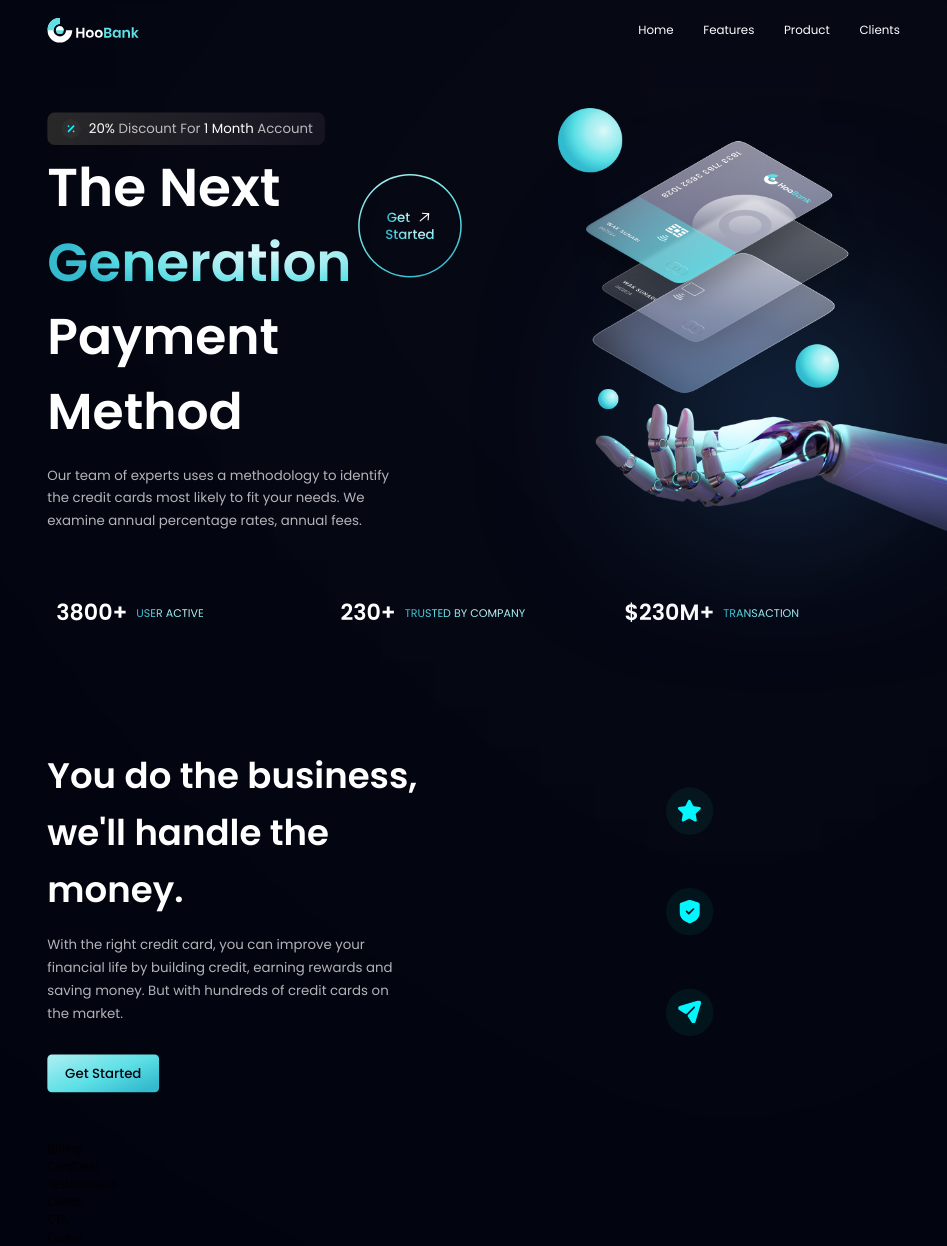
Repository: Carlito-Pedida/modern-app
Page: /
An editor plug-in stored every save of this project. The page is shown before and after the next save, followed by the edit.
The browser window is 1280 px wide. The pictures show the whole page, at 74% of full size.
The project was rebuilt for these pictures with package versions that can differ from the ones it lists, and the page was loaded fresh each time. Also part of the build but not shown: vite.config.js.

Above is the page before, as saved 2024-11-16 10:11:58.

### src/App.jsx
import styles from "./style";
import {
  Navbar,
  Billing,
  CardDeal,
  Business,
  Clients,
  CTA,
  Stats,
  Footer,
  Testimonials,
  Hero,
} from "./components";

const App = () =>  {
  return (
    <div className="bg-primary w-full overflow-hidden">
      <div className={`${styles.paddingX} ${styles.flexCenter}`}>
        <div className={`${styles.boxWidth}`}>
          <Navbar/>
        </div>
      </div>

      <div className={`bg-primary ${styles.flexStart}`}>
        <div className={`${styles.boxWidth}`}>
          <Hero/>
        </div>
      </div>

      <div className={`bg-primary ${styles.paddingX} ${styles.flexStart}`}>
        <div className={`${styles.boxWidth}`}>
          <Stats/>
          <Business/>
          <Billing/>
          <CardDeal/>
          <Testimonials/>
          <Clients/>
          <CTA/>
          <Footer/>
        </div>
      </div>

    </div>
  )
}

export default App

### src/style.js
const styles = {
  boxWidth: "xl:max-w-[1280px] w-full",

  heading2: "font-poppins font-semibold xs:text-[48px] text-[40px] text-white xs:leading-[76.8px] leading-[66.8px] w-full",
  paragraph: "font-poppins font-normal text-dimWhite text-[18px] leading-[30.8px]",

  flexCenter: "flex justify-center items-center",
  flexStart: "flex justify-center items-start",

  paddingX: "sm:px-16 px-6",
  paddingY: "sm:py-16 py-6",
  padding: "sm:px-16 px-6 sm:py-12 py-4",

  marginX: "sm:mx-16 mx-6",
  marginY: "sm:my-16 my-6",
};

export const layout = {
  section: `flex md:flex-row flex-col ${styles.paddingY}`,
  sectionReverse: `flex md:flex-row flex-col-reverse ${styles.paddingY}`,

  sectionImgReverse: `flex-1 flex ${styles.flexCenter} md:mr-10 mr-0 md:mt-0 mt-10 relative`,
  sectionImg: `flex-1 flex ${styles.flexCenter} md:ml-10 ml-0 md:mt-0 mt-10 relative`,

  sectionInfo: `flex-1 ${styles.flexStart} flex-col`,
};

export default styles;

### src/components/index.js
import Navbar from "./Navbar";
import Billing from "./Billing";
import CardDeal from "./CardDeal";
import Business from "./Business";
import Clients from "./Clients";
import CTA from "./CTA";
import Stats from "./Stats";
import Footer from "./Footer";
import Testimonials from "./Testimonials";
import Hero from "./Hero";
import GetStarted from "./GetStarted";
export {
  Navbar,
  Billing,
  CardDeal,
  Business,
  Clients,
  CTA,
  Stats,
  Footer,
  Testimonials,
  Hero,
  GetStarted
};

### src/components/Navbar.jsx
import React from 'react';
import {useState} from "react";
import { close, logo, menu } from "../assets";
import {navLinks} from "../constants"

const Navbar = () => {
const [toggle, setToggle] = useState(false)

  return (
    <nav className="w-full flex py-6 justify-between items-center navbar">
      <img src={logo} alt='hoobank' className='w-[124px] h-[32px ]' />

      <ul className='list-none sm:flex hidden justify-end items-center flex-1'>
        { navLinks.map((nav, index) => (
          <li key={nav.id} className={`font-poppins font-normal cursor-pointer text-[16px] ${index === navLinks.length - 1 ? 'mr-0' : "mr-10"} text-white`}>
              <a href={`#${nav.id}`}>
                {nav.title}
              </a>
          </li>
        ))
        }
      </ul>

      <div className='sm:hidden flex flex-1 justify-end items-center'>
        <img src={toggle ? close : menu} alt='menu' className='w-[28px] h-[28px] object-contain' onClick={() => setToggle((prev) => !prev)} />

        <div className={`${toggle ? 'flex' : 'hidden'} p-6 bg-black-gradient absolute top-20 right-0 mx-4 my-2 min-w-[140px] rounded-xl sidebar`}>
        <ul className='list-none sm:flex flex-col justify-end items-center flex-1'>
        { navLinks.map((nav, index) => (
          <li key={nav.id} className={`font-poppins font-normal cursor-pointer text-[16px] ${index === navLinks.length - 1 ? 'mr-0' : "mb-4"} text-white`}>
              <a href={`#${nav.id}`}>
                {nav.title}
              </a>
          </li>
        ))
        }
      </ul>
        </div>
      </div>
    </nav>
  )
}

export default Navbar

### src/components/Business.jsx

import { features } from "../constants";
import styles, {layout} from "../style";
import Button from "./Button"
import FeatureCard from "./FeatureCard";


const Business = () => {
  return (
    <section id="features" className={layout.section}>
        <div className={layout.sectionInfo}>
        <h2 className={styles.heading2}>You do the business, <br className="sm:block hidden"/> we'll handle the money.</h2>
        <p className={`${styles.paragraph} max-w-[470px] mt-5`}>With the right credit card, you can improve your financial life by building credit, earning rewards and saving money. But with hundreds of credit cards on the market.</p>
        <Button styles='mt-10' label='Get Started'/>
        </div>

        <div className={`${layout.sectionImg} flex-col`}>
       {features.map((feature, index) => (
        <FeatureCard key={index} icon={feature.icon}/>
       ))}
        </div>
    </section>
  )
}

export default Business

### src/components/Stats.jsx
import { stats } from "../constants";
import styles from "../style";


const Stats = () => (
    <div className={`${styles.flexCenter} flex-row flex-wrap sm:mb-20 mb-6`}>
      {stats.map((stat) => (
        <div key={stat.id} className={`flex-1 flex justify-start items-center flex-row m-3`}>
          <h4 className="font-poppins font-semibold xs:text[40px] text-[30px] xs:leading-[53px] leading-[43px] text-white">{stat.value}</h4>
          <p className="font-poppins font-normal xs:text[20px] text-[15px] xs:leading-[26px] leading-[21px] text-gradient uppercase ml-3">{stat.title}</p>
          </div>
      ))}
    </div>
  )

export default Stats

### src/components/Hero.jsx
import styles from '../style'
import {discount, robot} from '../assets'
import GetStarted from './GetStarted'

const Hero = () => (
    <section id='home' className={`flex md:flex-row flex-col ${styles.paddingY}`}>
        <div className={`flex-1 ${styles.flexStart} flex-col xl:px-0 sm:px-16 px-6`}>
      <div className='flex flex-row items-center py-[6px] px-4 bg-discount-gradient rounded-[10px] mb-2'>
        <img src={discount} alt='discount'
        className='w-[32px] h-[32px]' />
          <p className={`${styles.paragraph} ml-2`}>
          <span className='text-white'>20%</span> Discount For {" "}
          <span className='text-white'>1 Month</span> Account
        </p>
      </div>

      <div className='flex flex-row justify-between items-center w-full'>
        <h1 className='flex-1 font-poppins font-semibold ss:text-[72px] text-[52px] text-white ss:leading-[100.8px] leading-[75px]'>
          The Next <br className='"sm:block hidden'/>
          <span className='text-gradient'>Generation</span>
        </h1>

        <div className='ss:flex hidden md:mr-4 mr-0'>
          <GetStarted />
        </div>
      </div>

      <h1 className='font-poppins font-semibold ss:text-[68px] text-[52px] text-white ss:leading-[100.8px] leading-[75px] w-full'>Payment Method</h1>

      <p className={`${styles.paragraph} max-w-[470px] mt-5`}>Our team of experts uses a methodology to identify the credit cards most likely to fit your needs.
      We examine annual percentage rates, annual fees.</p>
        </div>

        <div className={`flex-1 flex ${styles.flexCenter} md:my-0 my-10 relative`}>
          <img src={robot} alt='billing' className='w-[100%] h-[100%] relative z-[5]'/>

           {/* gradient start */}
        <div className="absolute z-[0] w-[40%] h-[35%] top-0 pink__gradient" />
        <div className="absolute z-[1] w-[80%] h-[80%] rounded-full white__gradient bottom-40" />
        <div className="absolute z-[0] w-[50%] h-[50%] right-20 bottom-20 blue__gradient" />
        {/* gradient end */}
        </div>

        <div className={`ss:hidden ${styles.flexCenter}`}>
        <GetStarted />
      </div>
    </section>
  )


export default Hero

### src/components/GetStarted.jsx
import styles from "../style"
import { arrowUp } from "../assets"

const GetStarted = () => (
    <div className={`${styles.flexCenter} w-[140px] h-[140px] rounded-full bg-blue-gradient p-[2px] cursor-pointer`}>
      <div className={`${styles.flexCenter} flex-col bg-primary w-[100%] h-[100%] rounded-full`} >
        <div className={`${styles.flexStart} flex-row`}>
          <p className="font-poppins font-medium text-[18px] leading-[23px] mr-2">
            <span className="text-gradient">Get</span>
          </p>
          <img src={arrowUp} alt="arrow" className="w-[23px] h-[23px] object-contain"/>
        </div>
        <p className="font-poppins font-medium text-[18px] leading-[23px]">
            <span className="text-gradient">Started</span>
          </p>
      </div>
    </div>
  )


export default GetStarted

### src/assets/index.js
import airbnb from "./airbnb.png";
import bill from "./bill.png";
import binance from "./binance.png";
import card from "./card.png";
import coinbase from "./coinbase.png";
import dropbox from "./dropbox.png";
import logo from "./logo.svg";
import quotes from "./quotes.svg";
import robot from "./robot.png";
import send from "./Send.svg";
import shield from "./Shield.svg";
import star from "./Star.svg";
import menu from "./menu.svg";
import close from "./close.svg";
import google from "./google.svg";
import apple from "./apple.svg";
import arrowUp from "./arrow-up.svg";
import discount from "./Discount.svg";
import facebook from "./facebook.svg";
import instagram from "./instagram.svg";
import linkedin from "./linkedin.svg";
import twitter from "./twitter.svg";
import people01 from "./people01.png";
import people02 from "./people02.png";
import people03 from "./people03.png";

export {
  airbnb,
  bill,
  binance,
  card,
  coinbase,
  dropbox,
  logo,
  quotes,
  robot,
  send,
  shield,
  star,
  menu,
  close,
  google,
  apple,
  arrowUp,
  discount,
  facebook,
  instagram,
  linkedin,
  twitter,
  people01,
  people02,
  people03,
};

### src/constants/index.js
import { people01, people02, people03, facebook, instagram, linkedin, twitter, airbnb, binance, coinbase, dropbox, send, shield, star  } from "../assets";

export const navLinks = [
  {
    id: "home",
    title: "Home",
  },
  {
    id: "features",
    title: "Features",
  },
  {
    id: "product",
    title: "Product",
  },
  {
    id: "clients",
    title: "Clients",
  },
];

export const features = [
  {
    id: "feature-1",
    icon: star,
    title: "Rewards",
    content:
      "The best credit cards offer some tantalizing combinations of promotions and prizes",
  },
  {
    id: "feature-2",
    icon: shield,
    title: "100% Secured",
    content:
      "We take proactive steps make sure your information and transactions are secure.",
  },
  {
    id: "feature-3",
    icon: send,
    title: "Balance Transfer",
    content:
      "A balance transfer credit card can save you a lot of money in interest charges.",
  },
];

export const feedback = [
  {
    id: "feedback-1",
    content:
      "Money is only a tool. It will take you wherever you wish, but it will not replace you as the driver.",
    name: "Herman Jensen",
    title: "Founder & Leader",
    img: people01,
  },
  {
    id: "feedback-2",
    content:
      "Money makes your life easier. If you're lucky to have it, you're lucky.",
    name: "Steve Mark",
    title: "Founder & Leader",
    img: people02,
  },
  {
    id: "feedback-3",
    content:
      "It is usually people in the money business, finance, and international trade that are really rich.",
    name: "Kenn Gallagher",
    title: "Founder & Leader",
    img: people03,
  },
];

export const stats = [
  {
    id: "stats-1",
    title: "User Active",
    value: "3800+",
  },
  {
    id: "stats-2",
    title: "Trusted by Company",
    value: "230+",
  },
  {
    id: "stats-3",
    title: "Transaction",
    value: "$230M+",
  },
];

export const footerLinks = [
  {
    title: "Useful Links",
    links: [
      {
        name: "Content",
        link: "https://www.hoobank.com/content/",
      },
      {
        name: "How it Works",
        link: "https://www.hoobank.com/how-it-works/",
      },
      {
        name: "Create",
        link: "https://www.hoobank.com/create/",
      },
      {
        name: "Explore",
        link: "https://www.hoobank.com/explore/",
      },
      {
        name: "Terms & Services",
        link: "https://www.hoobank.com/terms-and-services/",
      },
    ],
  },
  {
    title: "Community",
    links: [
      {
        name: "Help Center",
        link: "https://www.hoobank.com/help-center/",
      },
      {
        name: "Partners",
        link: "https://www.hoobank.com/partners/",
      },
      {
        name: "Suggestions",
        link: "https://www.hoobank.com/suggestions/",
      },
      {
        name: "Blog",
        link: "https://www.hoobank.com/blog/",
      },
      {
        name: "Newsletters",
        link: "https://www.hoobank.com/newsletters/",
      },
    ],
  },
  {
    title: "Partner",
    links: [
      {
        name: "Our Partner",
        link: "https://www.hoobank.com/our-partner/",
      },
      {
        name: "Become a Partner",
        link: "https://www.hoobank.com/become-a-partner/",
      },
    ],
  },
];

export const socialMedia = [
  {
    id: "social-media-1",
    icon: instagram,
    link: "https://www.instagram.com/",
  },
  {
    id: "social-media-2",
    icon: facebook,
    link: "https://www.facebook.com/",
  },
  {
    id: "social-media-3",
    icon: twitter,
    link: "https://www.twitter.com/",
  },
  {
    id: "social-media-4",
    icon: linkedin,
    link: "https://www.linkedin.com/",
  },
];

export const clients = [
  {
    id: "client-1",
    logo: airbnb,
  },
  {
    id: "client-2",
    logo: binance,
  },
  {
    id: "client-3",
    logo: coinbase,
  },
  {
    id: "client-4",
    logo: dropbox,
  },
];

### src/components/Button.jsx
import React from 'react'

const Button = ({styles, label}) => {
  return (
    <button type='button' className={`py-3 px-6 bg-blue-gradient font-poppins font-medium text-[18px] text-primary outline-none rounded-md ${styles}`}>{label}</button>
  )
}

export default Button

### src/components/FeatureCard.jsx
import styles from "../style";

const FeatureCard = ({index, id, icon, title, content }) => {
  return (
    <div className={`flex flex-row p-6 rounded-[20px] ${index !== length - 1 ? "mb-6" : "mb-0"} feature-card`}>

    <><div key={id} className={`w-[64px] h-[64px] rounded-full ${styles.flexCenter} bg-dimBlue`}>

            <img src={icon} alt="icon" className="w-[50%] h-[50%] object-contain" />


        </div><div className="flex-1 flex flex-col ml-3">
                <h4 className="font-poppins font-semibold text-white text-[18px] leading-[23.4px] mb-1">
                    {title}
                </h4>
                <p className="font-poppins font-normal text-dimWhite text-[16px] leading-[24px]">
                    {content}
                </p>
            </div></>

  </div>

  )
}

export default FeatureCard

### tailwind.config.js
/** @type {import('tailwindcss').Config} */
module.exports = {
  content: ["./index.html", "./src/**/*.{js,jsx}"],
  mode: "jit",
  theme: {
    extend: {
      colors: {
        primary: "#00040f",
        secondary: "#00f6ff",
        dimWhite: "rgba(255, 255, 255, 0.7)",
        dimBlue: "rgba(9, 151, 124, 0.1)"
      },
      fontFamily: {
        poppins: ["Poppins", "sans-serif"]
      }
    },
    screens: {
      xs: "480px",
      ss: "620px",
      sm: "768px",
      md: "1060px",
      lg: "1200px",
      xl: "1700px"
    }
  },
  plugins: []
};

Loaded but not shown: index.html (common file); src/main.jsx (common file); src/index.css (common file); src/components/Billing.jsx (common file); src/components/CardDeal.jsx (common file); src/components/Clients.jsx (common file); src/components/CTA.jsx (common file); src/components/Footer.jsx (common file); src/components/Testimonials.jsx (common file)

After the next save:
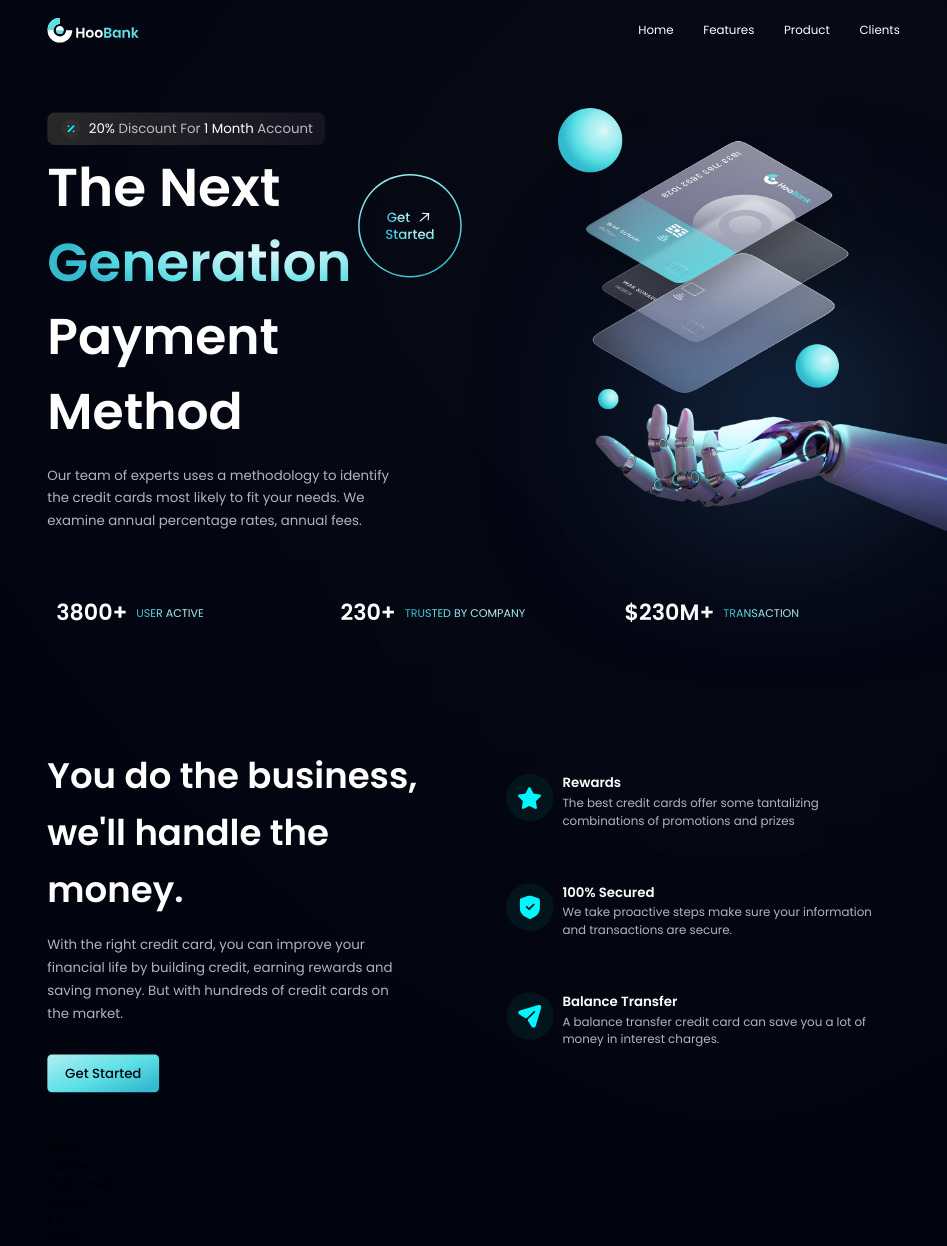
Saved 54 s later.
--- a/src/components/Business.jsx
+++ b/src/components/Business.jsx
@@ -15,8 +15,8 @@
         </div>
 
         <div className={`${layout.sectionImg} flex-col`}>
-       {features.map((feature, index) => (
-        <FeatureCard key={index} icon={feature.icon}/>
+       {features.map((feature) => (
+        <FeatureCard key={feature.id} icon={feature.icon} title={feature.title} content={feature.content} />
        ))}
         </div>
     </section>
